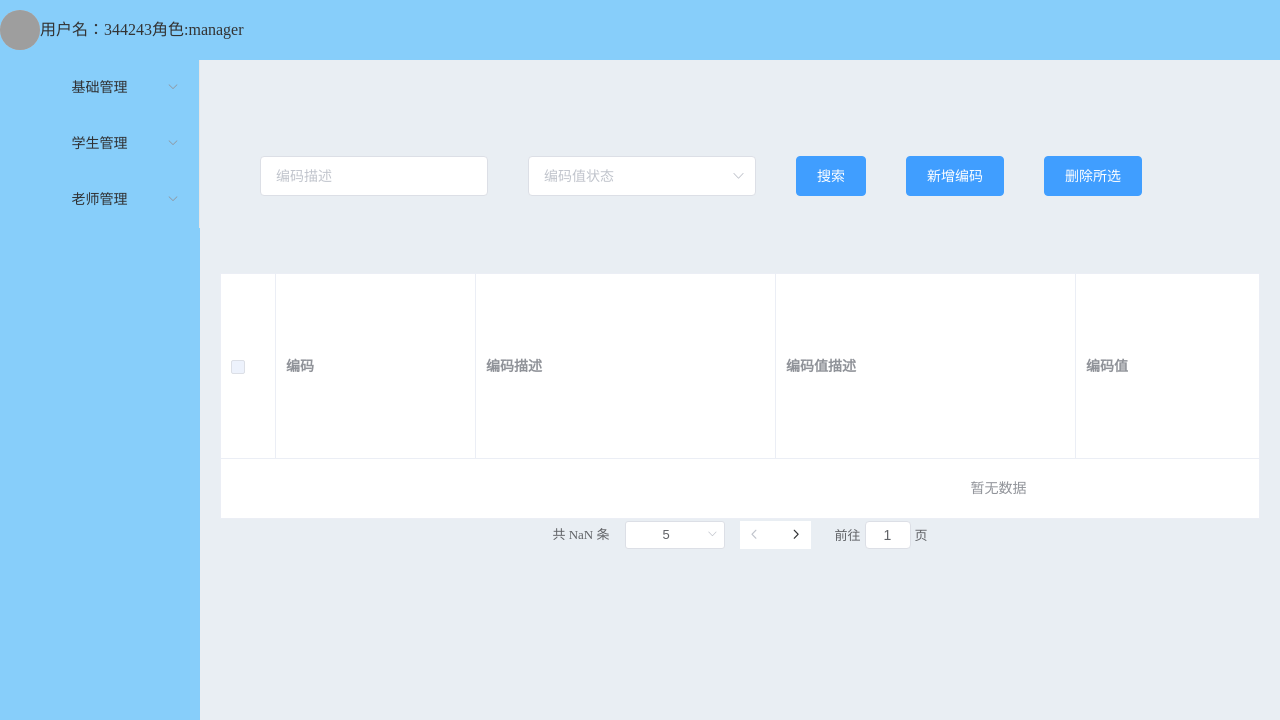
Repository: lwm9704/school-front
Page: /#/code
An editor plug-in stored every save of this project. The page is shown before and after the next save, followed by the edit.
The browser window is 1280 px wide. The pictures show the whole page.
Pictures or frames that could not be fetched are drawn as grey boxes. The page's requests for data from a server got no answer. The project was rebuilt for these pictures with package versions that can differ from the ones it lists, and the page was loaded fresh each time. No one was signed in, and anything a server would have sent is missing. Also part of the build but not shown: src/js/login.js, src/view/login.vue.

Above is the page before, as saved 2021-11-22 14:53:34.

After the next save:
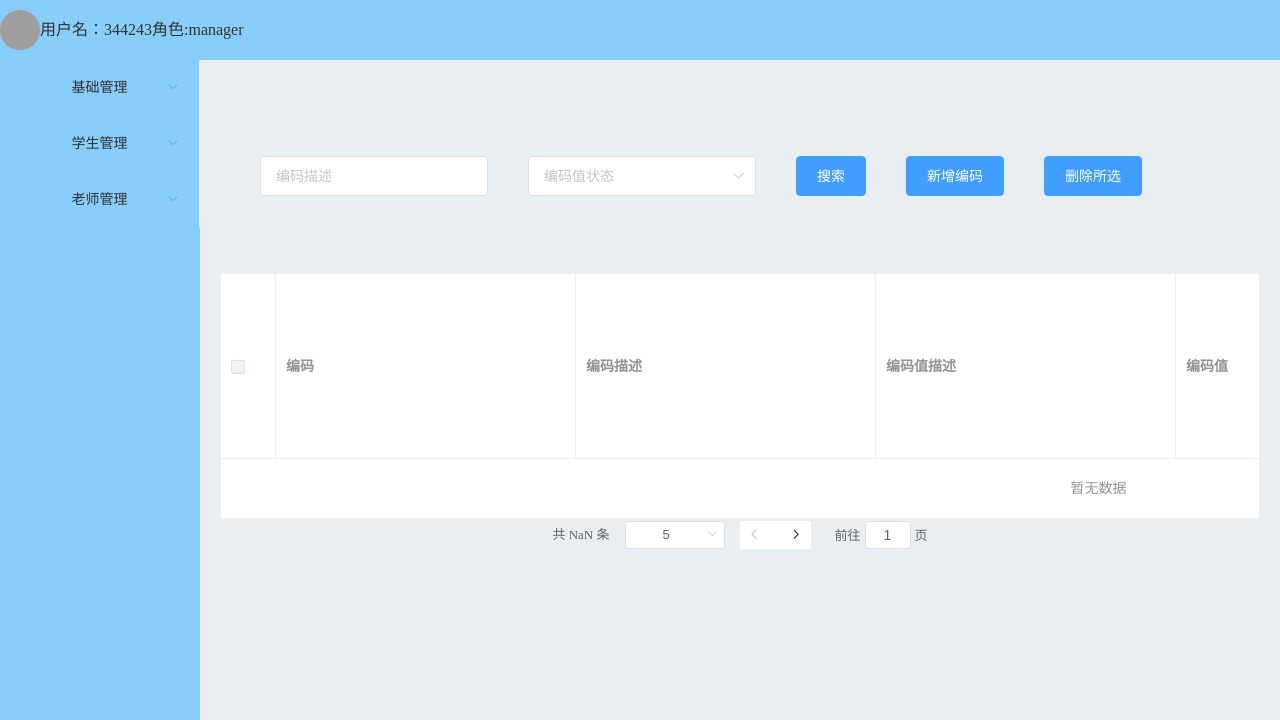
Saved 16 s later.
--- a/src/view/code.vue
+++ b/src/view/code.vue
@@ -50,7 +50,7 @@
       @selection-change="handleSelectionChange"
     >
       <el-table-column type="selection" width="55"></el-table-column>
-      <el-table-column label="编码" prop="codeNo" width="200"></el-table-column>
+      <el-table-column label="编码" prop="codeNo" width="300"></el-table-column>
       <el-table-column
         label="编码描述"
         prop="codeDescription"
@@ -64,7 +64,7 @@
       <el-table-column
         prop="codeValue"
         label="编码值"
-        width="200"
+        width="300"
         show-overflow-tooltip
       ></el-table-column>
       <el-table-column label="操作" width="500">
